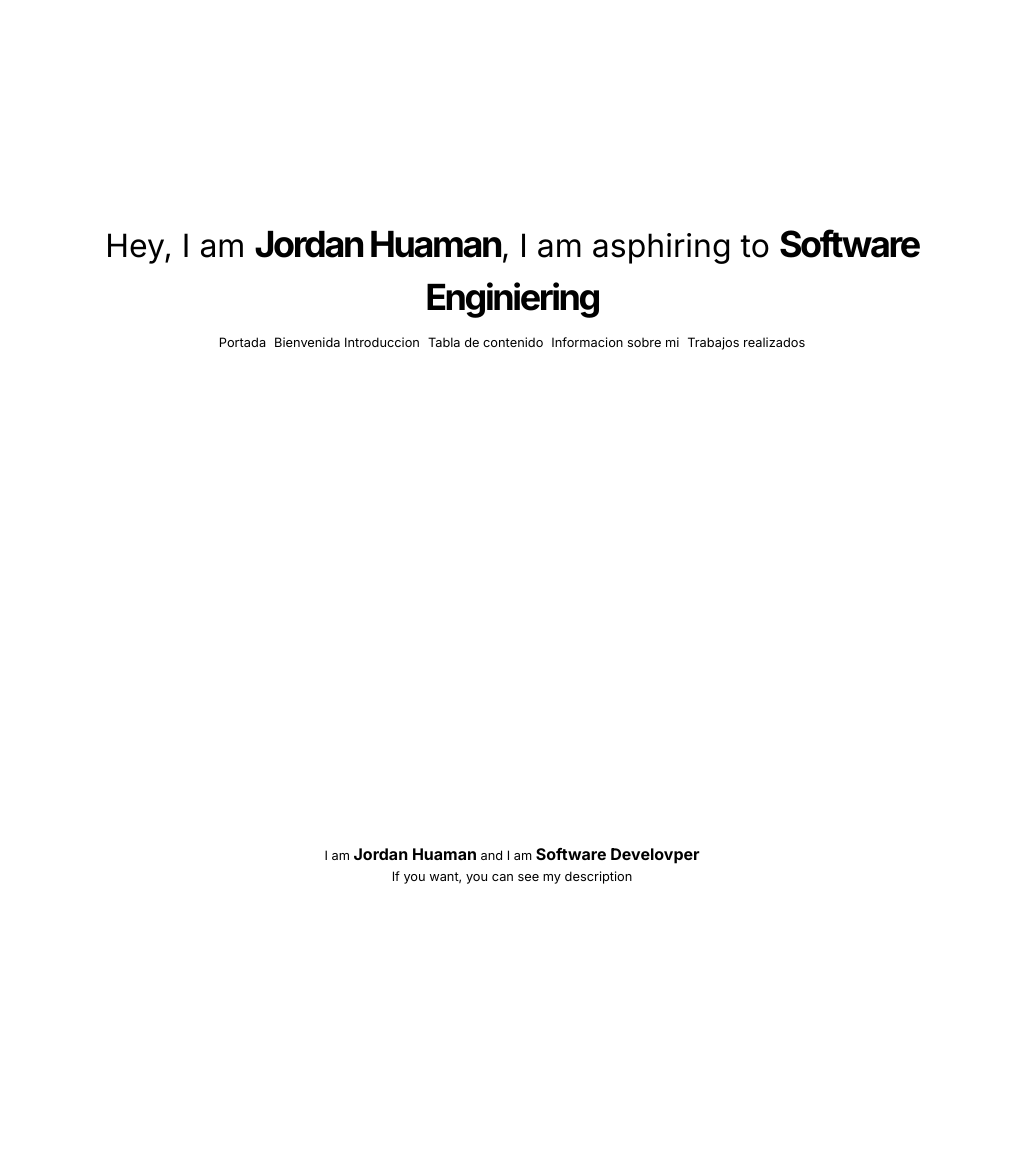
Repository: devsecops-node/portafolio-nextj-pages
Page: /
An editor plug-in stored every save of this project. The page is shown before and after the next save, followed by the edit.
The browser window is 1280 px wide. The pictures show the whole page, at 80% of full size.
The project was rebuilt for these pictures with package versions that can differ from the ones it lists, and the page was loaded fresh each time. The framework's server and built-in components were replaced by stand-ins that run in the browser. Also part of the build but not shown: next.config.js, src/styles/transitionPage.module.css.

Above is the page before, as saved 2024-01-15 04:00:18.

After the next save:
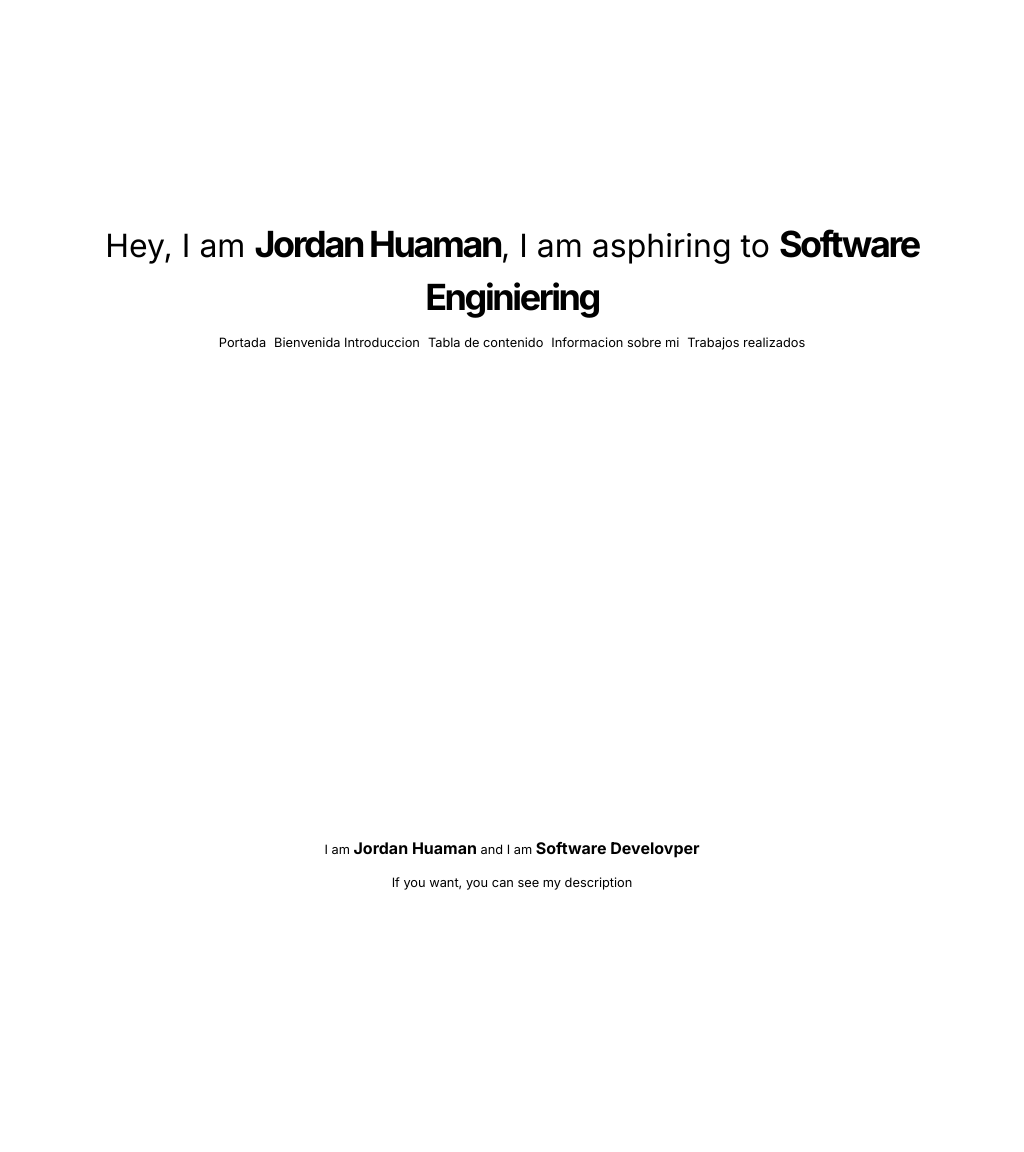
Saved 5 s later.
--- a/src/components/Portada.jsx
+++ b/src/components/Portada.jsx
@@ -3,7 +3,7 @@ import React from 'react'
 const Portada = () => {
   return (
     <div className='h-screen flex justify-center items-center'>
-      <section className='flex justify-center flex-col items-center'>
+      <section className='flex justify-center flex-col items-center gap-4'>
         <p>I am <span className='text-[20px] font-bold'>Jordan Huaman</span> and I am <span className='text-[20px] font-bold'>Software Develovper</span></p>
         <p>If you want, you can see my description</p>
       </section>
